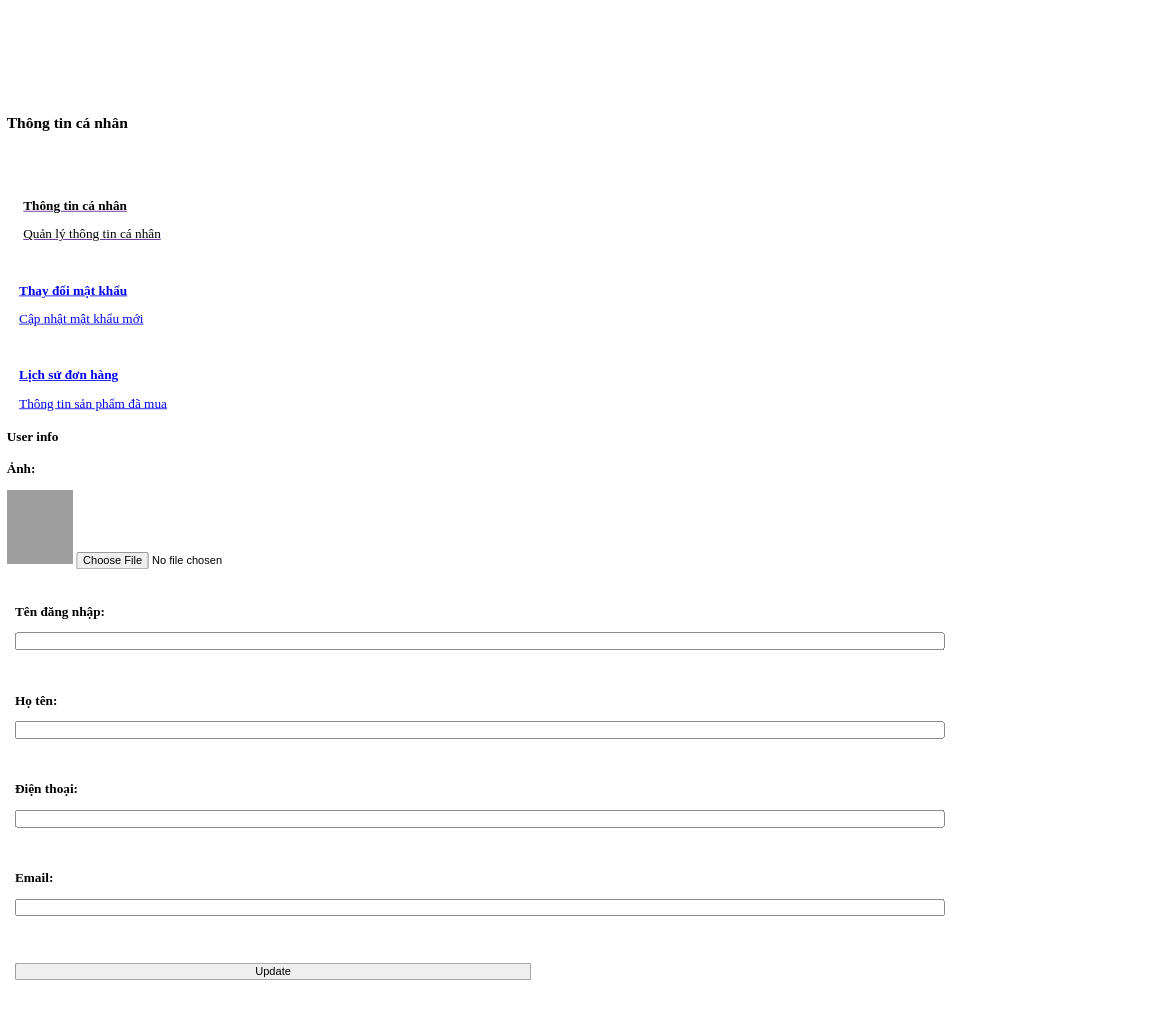
Repository: nguyengiabao245/NHOM3_C2
Page: http://localhost/DoAnJava/WEB-INF/views/account/edit.jsp
The author's editor kept a copy of each file at every save. The page is drawn from the files as they stood at one save, then again after the next save.
The browser window is 1280 px wide. The page is 1408 px wide, so the pictures cover 1408 px, including what lies to the right of the window. The pictures show the whole page, at 83% of full size.
Pictures or frames that could not be fetched are drawn as grey boxes. The page is served by Tomcat 9. Nobody is signed in. The template is opened directly, without the code that normally fills it, so the values that code supplies are empty.

Above is the page before, as saved 2022-05-16 06:21:32.

After the next save:
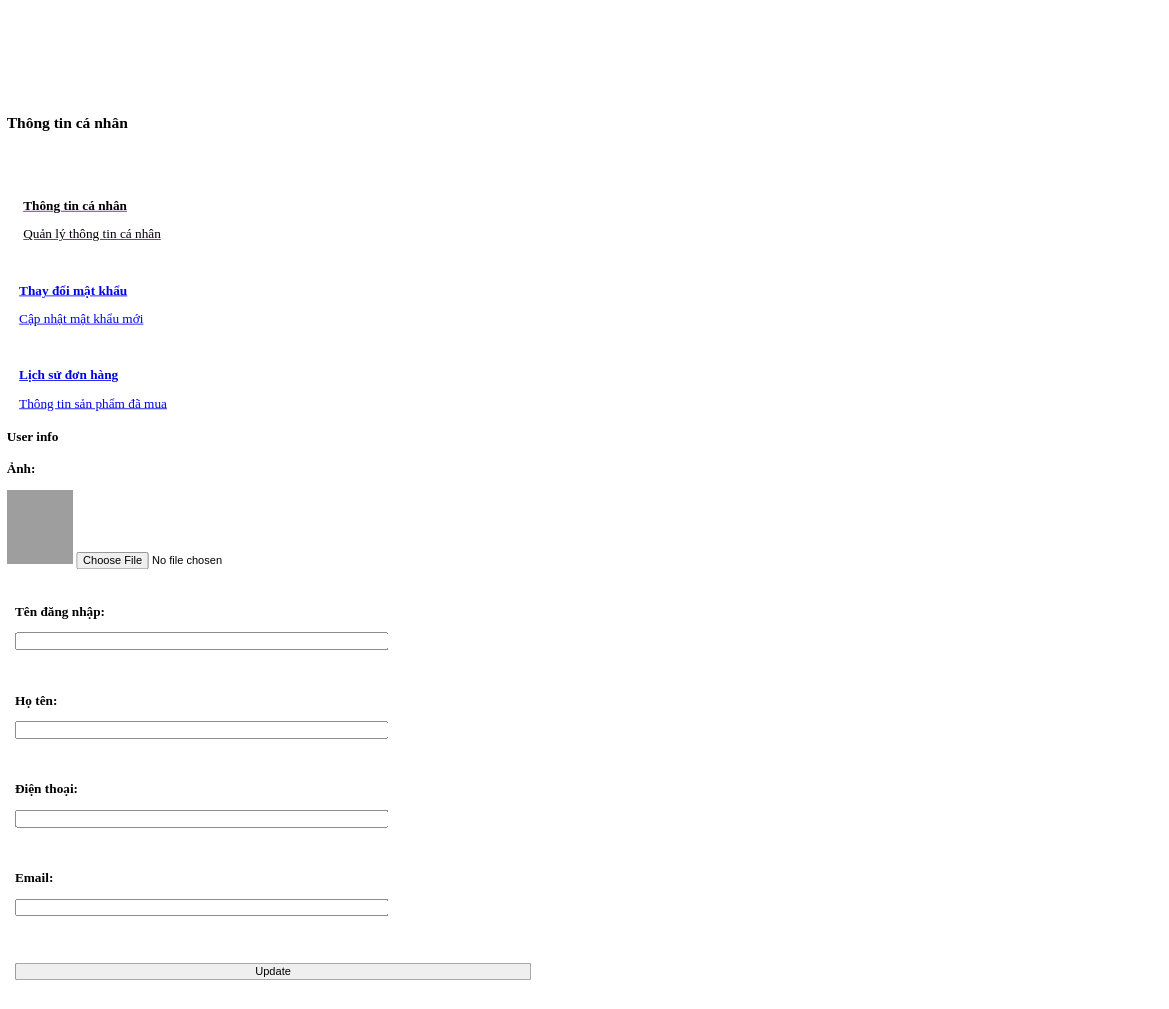
Saved 26 s later.
--- a/DoAnJava/src/main/webapp/WEB-INF/views/account/edit.jsp
+++ b/DoAnJava/src/main/webapp/WEB-INF/views/account/edit.jsp
@@ -96,7 +96,7 @@
 									<div class="col-sm-4">
 										<p><b>Tên đăng nhập:</b></p>
 									</div>
-									<div class="frm-item">
+									<div class="frm-item" style="width:500px;">
 										<p>
 											<form:input style="width: 90%;" path="id"
 												class="form-control" readonly="true" />
@@ -107,7 +107,7 @@
 									<div class="col-sm-4">
 										<p><b>Họ tên:</b></p>
 									</div>
-									<div class="frm-item">
+									<div class="frm-item" style="width:500px;">
 										<p>
 											<form:input style="width: 90%;" path="fullname"
 												class="form-control" required="required" pattern=".{6,}"
@@ -119,7 +119,7 @@
 									<div class="col-sm-4">
 										<p><b>Điện thoại:</b></p>
 									</div>
-									<div class="frm-item">
+									<div class="frm-item" style="width:500px;">
 										<p>
 											<form:input style="width: 90%;" path="telephone"
 												class="form-control" required="required" pattern=".{10,}"
@@ -131,7 +131,7 @@
 									<div class="col-sm-4">
 										<p><b>Email:</b></p>
 									</div>
-									<div class="frm-item">
+									<div class="frm-item" style="width:500px;">
 										<p>
 											<form:input style="width: 90%;" path="email"
 												class="form-control" required="required"
